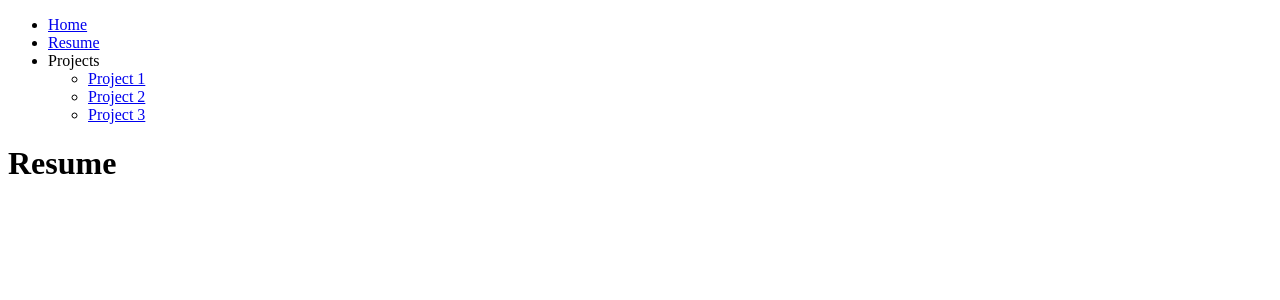
Repository: GiangNguyen2805/GiangNguyen2805.github.io
Page: resume.html
The author's editor kept a record of every edit. The page is drawn from the files as they stood at one moment, then again after the next edit.
The browser window is 1280 px wide. The pictures show the whole page.

Above is the page before.

### resume.html
<!DOCTYPE html>
<html>
<head>
<title>Page Title</title>
<style>


</style>


</head>
<body>

<ul class="navbar">
<li><a href="/index.html">Home</a></li>
<li class=" active"><a href="resume.html">Resume</a></li>
<li class="dropdown">
    <div>Projects</div>
    <ul class="dropdown-content">
        <li><a href="a">Project 1</a></li>
        <li><a href="a">Project 2</a></li>
        <li><a href="a">Project 3</a></li>

    </ul>



</li>
</ul>


<h1>Resume</h1>
</body>
</html>

### style.css
.navbar{
        list-style: none;
        background-color: mistyrose;
        overflow: hidden;
        padding: 0;
    }
    .navbar a, .dropdown div{
        text-decoration: none;
        color: #6B6363 ;
        font-size: 24px;
        padding: 16px;
        display: inline-block;
    }
   .navbar li{
       float: left;
   }
   .navbar li:hover{
       background-color: lightsalmon;
   }
   .dropdown-content{
       list-style: none;
       padding: 0;
       display: none;
       position: absolute;
       z-index: 1;
       background-color: darkgoldenrod
   }
   .dropdown-content li{
       float: none;
   }
   .dropdown:hover .dropdown-content{
       display: block;
   }
   .active{
       background-color: lemonchiffon;
   }

After the next edit:
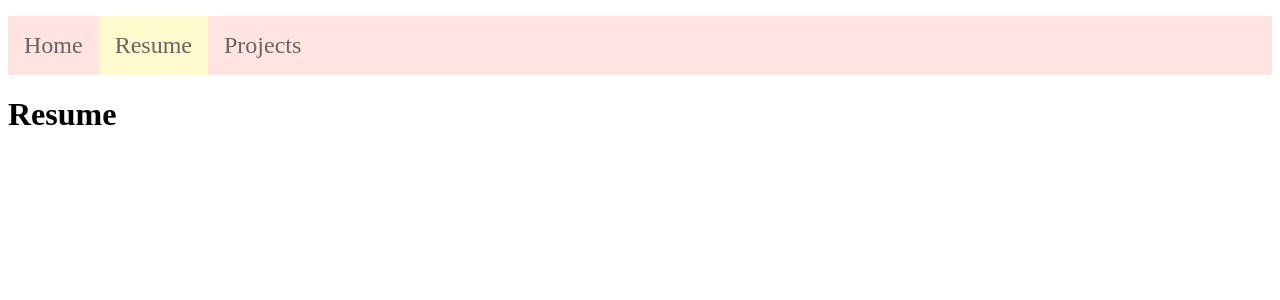
The edit:
--- a/resume.html
+++ b/resume.html
@@ -1,11 +1,8 @@
 <!DOCTYPE html>
 <html>
 <head>
-<title>Page Title</title>
-<style>
-
-
-</style>
+<title>Home</title>
+<link rel="stylesheet" type="text/css" href="style.css">
 
 
 </head>
